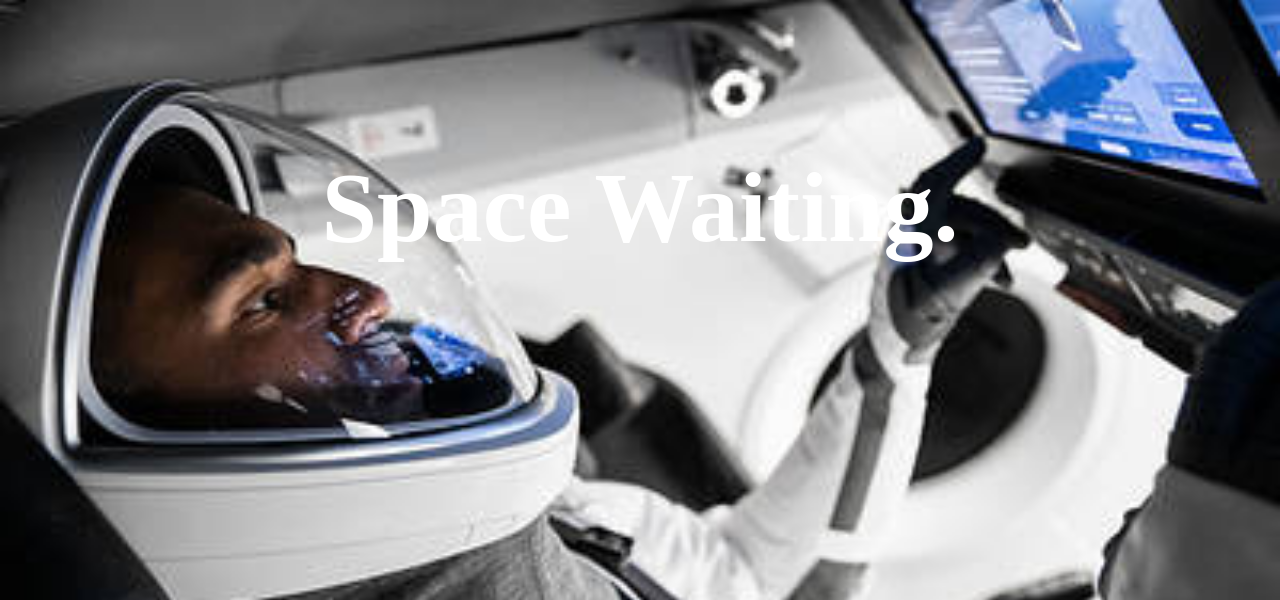
Repository: sarthakkathpalia/elliptical
Page: html/form.html
An editor plug-in stored every save of this project. The page is shown before and after the next save, followed by the edit.
The browser window is 1280 px wide. The pictures show the part of the page from y = 0 to 600 px (the page is 1570 px tall).
Pictures or frames that could not be fetched are drawn as grey boxes.

Above is the page before, as saved 2021-10-30 18:41:15.

### html/form.html
<!DOCTYPE html>
<html lang="en">
<head>
    <meta charset="UTF-8">
    <meta http-equiv="X-UA-Compatible" content="IE=edge">
    <meta name="viewport" content="width=device-width, initial-scale=1.0">
    <title>form</title>
</head>
<style>
        *{
        padding: 0%;
        margin: 0%;
            }
        input{
            border-radius: 5px;
            margin-left: 10px;
            height: 20px;
            background-color: slategray;
            border-style: solid;
            border-color: #004e92;
        }
        textarea{
            border-radius: 5px;
            margin-left: 10px;

            background-color: slategray;
            border-style: solid;
            border-color: #004e92;
        }
        label{
            background-color: #cb30660a;
            padding: 7px;
            margin: 10px;
            border-radius: 2px;
        }
        .book{
            display:flex;
            align-items: center;
            background: url("gif1.gif");
            background-size: cover;
            background-position: center;
            /* background-image: linear-gradient(to right , #000428,#004e92); */

            /* background-image: linear-gradient(to right ,#16BFFD,#CB3066); */
            /* background-image: linear-gradient(to right , #000000,#434343); */

        }
        .box{
            font-family:'Lucida Sans', 'Lucida Sans Regular', 'Lucida Grande', 'Lucida Sans Unicode', Geneva, Verdana, sans-serif;
            border-radius: 60px;
            font-size: 20px;
            color: white;
            background: url("gif1.gif");
            background-size: cover;
            background-position: center;
            /* background-image: linear-gradient(to right , #000000,#434343); */
            /* background-image: linear-gradient(to right ,#16BFFD,#CB3066); */
            width: 40%;
            height: 650px;
            margin-top: 60px;
            margin-bottom: 60px;
            margin-left: 300px;
            padding: 100px;
        }
        button{
            background-color:#004e92 ;
            width: 600px;
            height: 50px;
            border-radius: 5px;
        }
        a{
            color: white;
            font-size: 20px;
            text-decoration: none;
        }
        .head{
            background: url("img1.jpg");
            height: 600px;
            background-size: cover;
            background-position: center;

        }
        h2{
            color: white;
            font-size: 100px;
            text-align: center;
            padding-top: 150px;
        }

</style>
<body>
    <div class="head">
        <h2>Space  Waiting.</h2>

    </div>
    <form class="book">
      <div class="box">
        <label> First Name </label>
        <input type="text" name="firstname" size="15"/>
        <label> Last Name: </label>
        <input type="text" name="lastname" size="15"/> <br> <br> <br>

        <label>
        Gender :
        </label><br>  <br>
        <input type="radio" name="male"/> Male
        <input type="radio" name="female"/> Female
        <input type="radio" name="other"/> Other
        <br>
        <br>
          <br>
        <label>
        Phone :
        </label>
        <input type="text" name="country code"  value="+91" size="2"/>
        <input type="text" name="phone" size="10"/> <br> <br>  <br>
        <label>
            Email:
        </label>
        <input type="email" id="email" name="email"/> <br>
        <br><br>
        <label>
            Address
        </label>
        <br>
        <br>
        <textarea cols="80" rows="5" value="address">
        </textarea>
        <br> <br>  <br>

        <label>
            Certificate:
        </label>
        <br>
        <br>
        <input type="file" id="image-input" accept="image/*">
        <br>
        <br>

        <button><a href="index.html">Proceed To Payment</a></button>
    </div>
        </form>
</body>
</html>

After the next save:
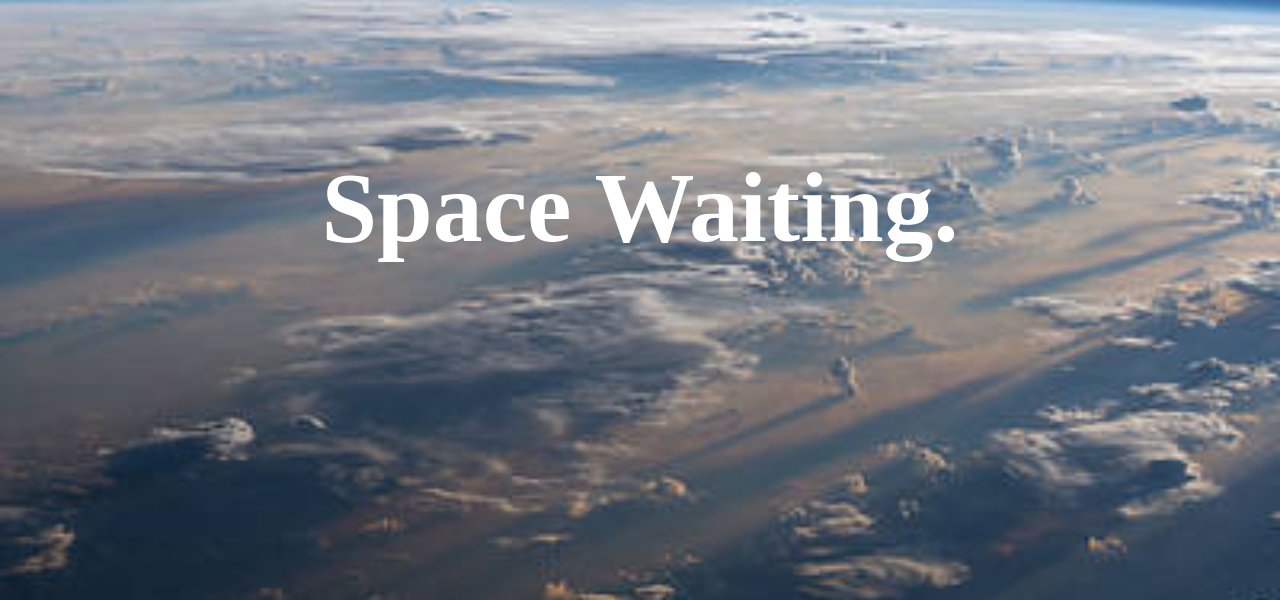
Saved 82 s later.
--- a/html/form.html
+++ b/html/form.html
@@ -74,7 +74,7 @@
             text-decoration: none;
         }
         .head{
-            background: url("img1.jpg");
+            background: url("img2.jpg");
             height: 600px;
             background-size: cover;
             background-position: center;
